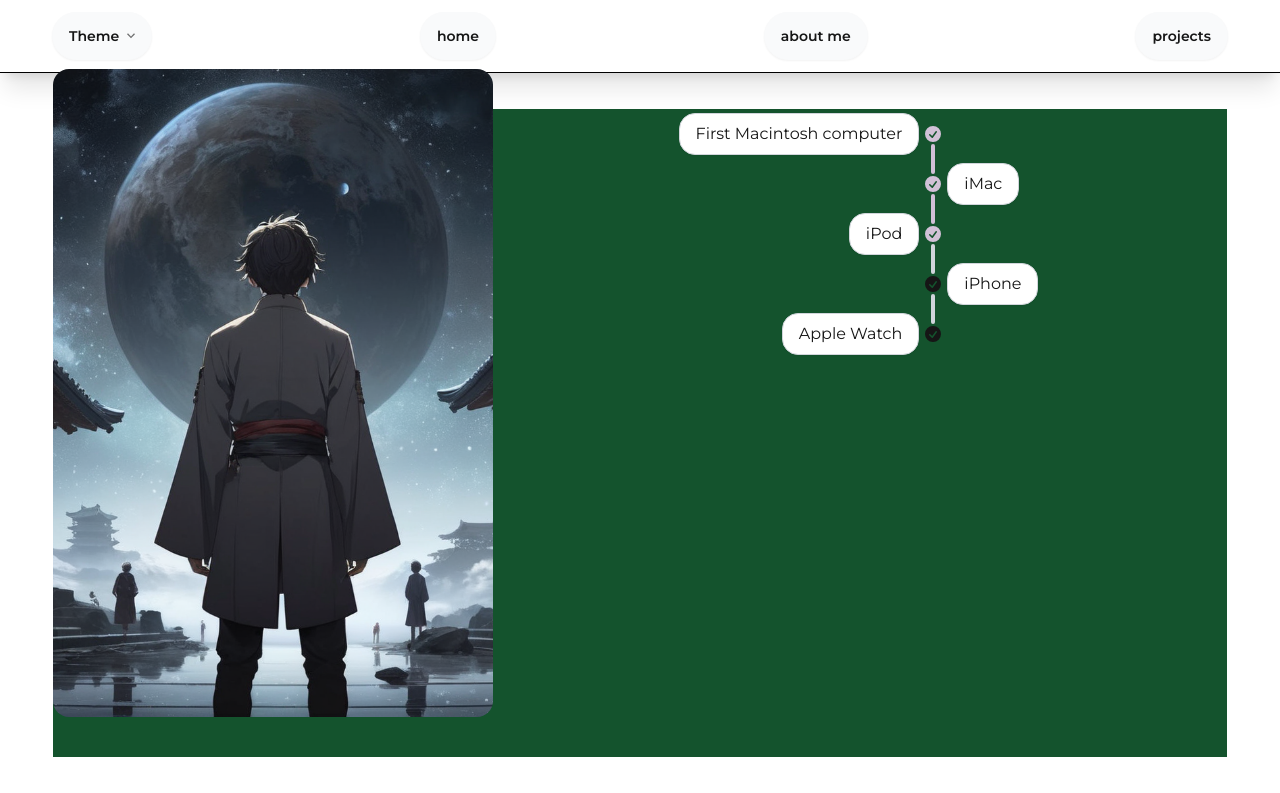
Repository: Yakyaz/myWebsite
Page: /about
An editor plug-in stored every save of this project. The page is shown before and after the next save, followed by the edit.
The browser window is 1280 px wide. The pictures show the whole page.
The project was rebuilt for these pictures with package versions that can differ from the ones it lists, and the page was loaded fresh each time. The framework's server and built-in components were replaced by stand-ins that run in the browser. Also part of the build but not shown: next.config.js.

Above is the page before, as saved 2023-12-05 21:51:21.

### app/layout.tsx
import type { Metadata } from "next";
import { Montserrat } from "next/font/google";
import "./globals.css";
import Navbar from "../components/navbar";

const montserrat = Montserrat({ subsets: ["latin"] });

export const metadata: Metadata = {
  title: "Create Next App",
  description: "Generated by create next app",
};

export default function RootLayout({
  children,
}: {
  children: React.ReactNode;
}) {
  return (
    <html lang="en" data-theme="pastel" style={{ overflow: "hidden" }}>
      <body className={montserrat.className} style={{ overflow: "hidden" }}>
        <Navbar />
        <div>{children}</div>
      </body>
    </html>
  );
}

### app/about/page.tsx
import Link from "next/link";
import bg from "public/background.png";
import Image from "next/image";
function Home() {
  return (
    <main className="w-screen h-screen flex items-center justify-center ">
      <div
        className="bg-green-900 w-11/12 flex  items-center justify-between"
        style={{ height: "90%" }}
      >
        <div className=" h-full w-1/2 mb-20">
          <Image
            className="   h-full w-3/4 object-cover rounded-2xl "
            alt="Pb"
            src={bg}
            placeholder="blur"
            quality={100}
            sizes="100%"
          />
        </div>

        <div className="w-1/2 h-full">
          <ul className="timeline timeline-vertical">
            <li>
              <div className="timeline-start timeline-box">
                First Macintosh computer
              </div>
              <div className="timeline-middle">
                <svg
                  xmlns="http://www.w3.org/2000/svg"
                  viewBox="0 0 20 20"
                  fill="currentColor"
                  className="w-5 h-5 text-primary"
                >
                  <path
                    fillRule="evenodd"
                    d="M10 18a8 8 0 100-16 8 8 0 000 16zm3.857-9.809a.75.75 0 00-1.214-.882l-3.483 4.79-1.88-1.88a.75.75 0 10-1.06 1.061l2.5 2.5a.75.75 0 001.137-.089l4-5.5z"
                    clipRule="evenodd"
                  />
                </svg>
              </div>
              <hr className="bg-primary" />
            </li>
            <li>
              <hr className="bg-primary" />
              <div className="timeline-middle">
                <svg
                  xmlns="http://www.w3.org/2000/svg"
                  viewBox="0 0 20 20"
                  fill="currentColor"
                  className="w-5 h-5 text-primary"
                >
                  <path
                    fillRule="evenodd"
                    d="M10 18a8 8 0 100-16 8 8 0 000 16zm3.857-9.809a.75.75 0 00-1.214-.882l-3.483 4.79-1.88-1.88a.75.75 0 10-1.06 1.061l2.5 2.5a.75.75 0 001.137-.089l4-5.5z"
                    clipRule="evenodd"
                  />
                </svg>
              </div>
              <div className="timeline-end timeline-box">iMac</div>
              <hr className="bg-primary" />
            </li>
            <li>
              <hr className="bg-primary" />
              <div className="timeline-start timeline-box">iPod</div>
              <div className="timeline-middle">
                <svg
                  xmlns="http://www.w3.org/2000/svg"
                  viewBox="0 0 20 20"
                  fill="currentColor"
                  className="w-5 h-5 text-primary"
                >
                  <path
                    fillRule="evenodd"
                    d="M10 18a8 8 0 100-16 8 8 0 000 16zm3.857-9.809a.75.75 0 00-1.214-.882l-3.483 4.79-1.88-1.88a.75.75 0 10-1.06 1.061l2.5 2.5a.75.75 0 001.137-.089l4-5.5z"
                    clipRule="evenodd"
                  />
                </svg>
              </div>
              <hr />
            </li>
            <li>
              <hr />
              <div className="timeline-middle">
                <svg
                  xmlns="http://www.w3.org/2000/svg"
                  viewBox="0 0 20 20"
                  fill="currentColor"
                  className="w-5 h-5"
                >
                  <path
                    fillRule="evenodd"
                    d="M10 18a8 8 0 100-16 8 8 0 000 16zm3.857-9.809a.75.75 0 00-1.214-.882l-3.483 4.79-1.88-1.88a.75.75 0 10-1.06 1.061l2.5 2.5a.75.75 0 001.137-.089l4-5.5z"
                    clipRule="evenodd"
                  />
                </svg>
              </div>
              <div className="timeline-end timeline-box">iPhone</div>
              <hr />
            </li>
            <li>
              <hr />
              <div className="timeline-start timeline-box">Apple Watch</div>
              <div className="timeline-middle">
                <svg
                  xmlns="http://www.w3.org/2000/svg"
                  viewBox="0 0 20 20"
                  fill="currentColor"
                  className="w-5 h-5"
                >
                  <path
                    fillRule="evenodd"
                    d="M10 18a8 8 0 100-16 8 8 0 000 16zm3.857-9.809a.75.75 0 00-1.214-.882l-3.483 4.79-1.88-1.88a.75.75 0 10-1.06 1.061l2.5 2.5a.75.75 0 001.137-.089l4-5.5z"
                    clipRule="evenodd"
                  />
                </svg>
              </div>
            </li>
          </ul>
        </div>
      </div>
    </main>
  );
}

export default Home;

### components/navbar.tsx
import Link from "next/link";
import React from "react";
import Toggle from "./toggle";

const Navbar = () => {
  return (
    <ul className="flex flex-row justify-between items-center p-2 pr-12 pl-12 border-b border-black shadow-xl">
      <li>
        <Toggle />
      </li>
      <li>
        <Link className=" btn m-1" href="/home">
          home
        </Link>
      </li>
      <li>
        <Link className="btn m-1" href="/about">
          about me
        </Link>
      </li>
      <li>
        <Link className="btn m-1" href="/projects">
          projects
        </Link>
      </li>
    </ul>
  );
};

export default Navbar;

### components/toggle.tsx
import React from "react";

const Toggle = () => {
  return (
    <div className="dropdown ">
      <div tabIndex={0} role="button" className="btn m-1">
        Theme
        <svg
          width="12px"
          height="12px"
          className="h-2 w-2 fill-current opacity-60 inline-block"
          xmlns="http://www.w3.org/2000/svg"
          viewBox="0 0 2048 2048"
        >
          <path d="M1799 349l242 241-1017 1017L7 590l242-241 775 775 775-775z"></path>
        </svg>
      </div>
      <ul
        tabIndex={0}
        className="dropdown-content z-[1] p-2 shadow-2xl bg-base-300 rounded-box w-52"
      >
        <li>
          <input
            type="radio"
            name="theme-dropdown"
            className="theme-controller btn btn-sm btn-block btn-ghost justify-start"
            aria-label="Default"
            value="default"
          />
        </li>
        <li>
          <input
            type="radio"
            name="theme-dropdown"
            className="theme-controller btn btn-sm btn-block btn-ghost justify-start"
            aria-label="Retro"
            value="retro"
          />
        </li>
        <li>
          <input
            type="radio"
            name="theme-dropdown"
            className="theme-controller btn btn-sm btn-block btn-ghost justify-start"
            aria-label="Cyberpunk"
            value="cyberpunk"
          />
        </li>
        <li>
          <input
            type="radio"
            name="theme-dropdown"
            className="theme-controller btn btn-sm btn-block btn-ghost justify-start"
            aria-label="Dracula"
            value="dracula"
          />
        </li>
        <li>
          <input
            type="radio"
            name="theme-dropdown"
            className="theme-controller btn btn-sm btn-block btn-ghost justify-start"
            aria-label="Aqua"
            value="aqua"
          />
        </li>
      </ul>
    </div>
  );
};

export default Toggle;

### tailwind.config.ts
import type { Config } from "tailwindcss";

const config: Config = {
  content: [
    "./pages/**/*.{js,ts,jsx,tsx,mdx}",
    "./components/**/*.{js,ts,jsx,tsx,mdx}",
    "./app/**/*.{js,ts,jsx,tsx,mdx}",
  ],
  theme: {
    extend: {
      backgroundImage: {
        "gradient-radial": "radial-gradient(var(--tw-gradient-stops))",
        "gradient-conic":
          "conic-gradient(from 180deg at 50% 50%, var(--tw-gradient-stops))",
      },
    },
  },
  plugins: [require("daisyui")],
  daisyui: {
    themes: ["pastel", "retro", "cyberpunk", "dracula", "aqua"],
  },
};
export default config;

Loaded but not shown: app/globals.css (common file)

After the next save:
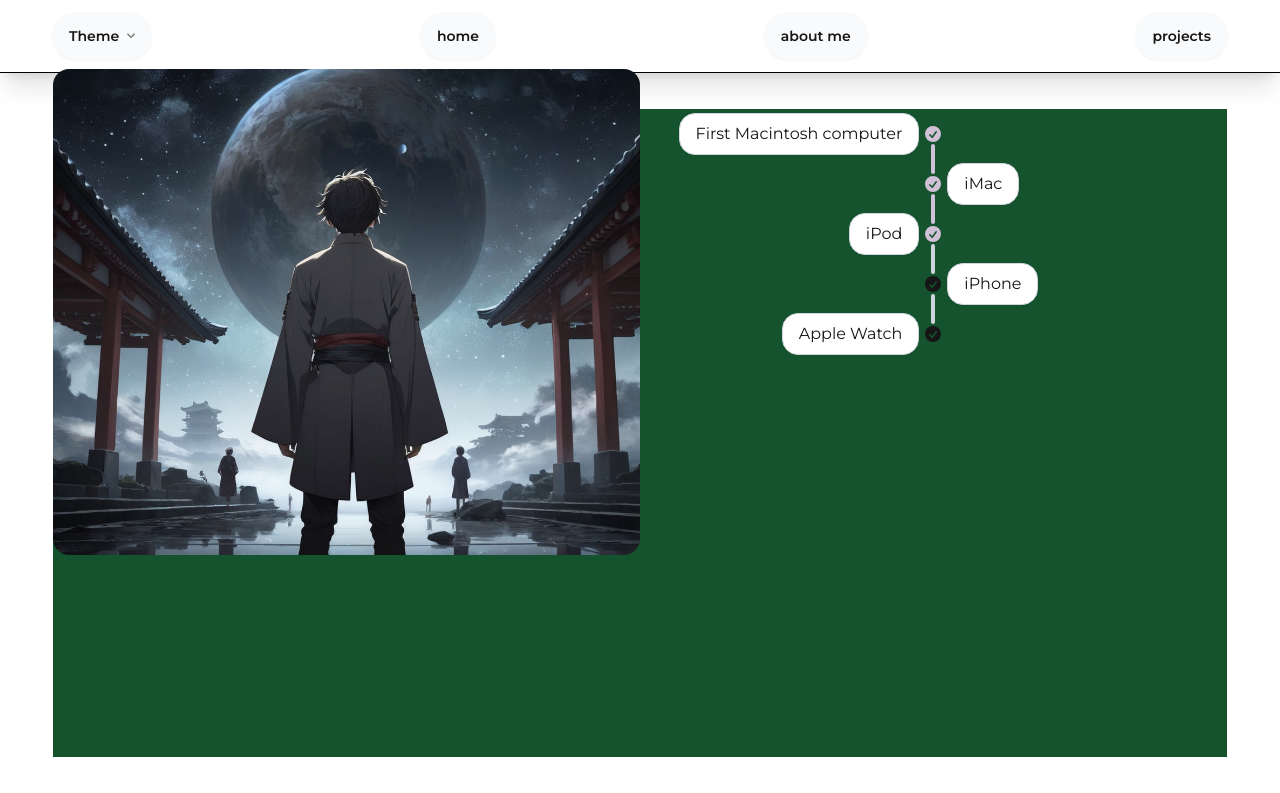
Saved 8 s later.
--- a/app/about/page.tsx
+++ b/app/about/page.tsx
@@ -10,7 +10,7 @@
       >
         <div className=" h-full w-1/2 mb-20">
           <Image
-            className="   h-full w-3/4 object-cover rounded-2xl "
+            className="   h-3/4 w-full object-cover rounded-2xl "
             alt="Pb"
             src={bg}
             placeholder="blur"
